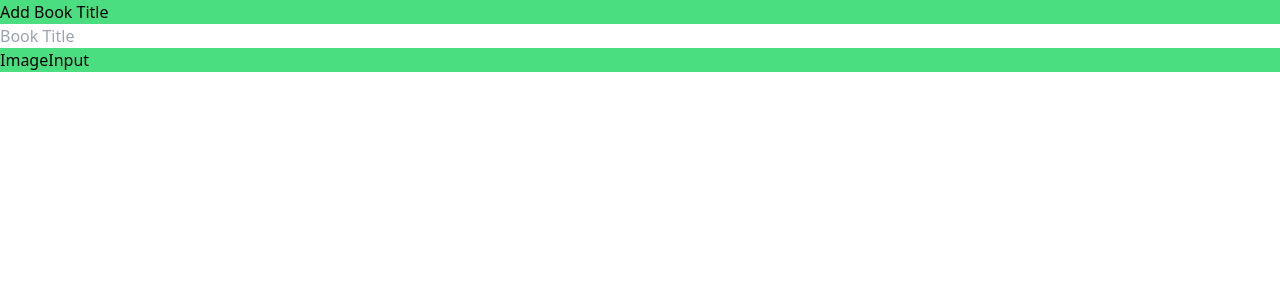
Repository: Marhamat92/booksappwithcontext
Page: /
The author's editor kept a copy of each file at every save. The page is drawn from the files as they stood at one save, then again after the next save.
The browser window is 1280 px wide. The pictures show the whole page.
The project was rebuilt for these pictures with package versions that can differ from the ones it lists, and the page was loaded fresh each time. Also part of the build but not shown: src/App.css.

Above is the page before, as saved 2022-12-07 13:57:46.

### src/App.tsx
import "./App.css";
import ImageInput from "./components/Inputs/ImageInput";
import TextInput from "./components/Inputs/TextInput";

function App() {
  return (
    <div>
      <div className='bg-green-400'>
        <TextInput label='Add Book Title' placeholder='Book Title' />
        <ImageInput />
      </div>
    </div>
  );
}

export default App;

### src/components/Inputs/ImageInput.tsx
import React from "react";

type Props = {};

function ImageInput({}: Props) {
  return <div>ImageInput</div>;
}

export default ImageInput;

### src/components/Inputs/TextInput.tsx
import React from "react";

type Props = {
  label: string;
  placeholder: string;
};

function TextInput({ label, placeholder }: Props) {
  return (
    <div className='flex flex-col'>
      <label htmlFor='text'>{label}</label>
      <input type='text' placeholder={placeholder} />
    </div>
  );
}

export default TextInput;

Loaded but not shown: public/index.html (common file); src/index.tsx (common file); src/index.css (common file); tailwind.config.js (common file)

After the next save:
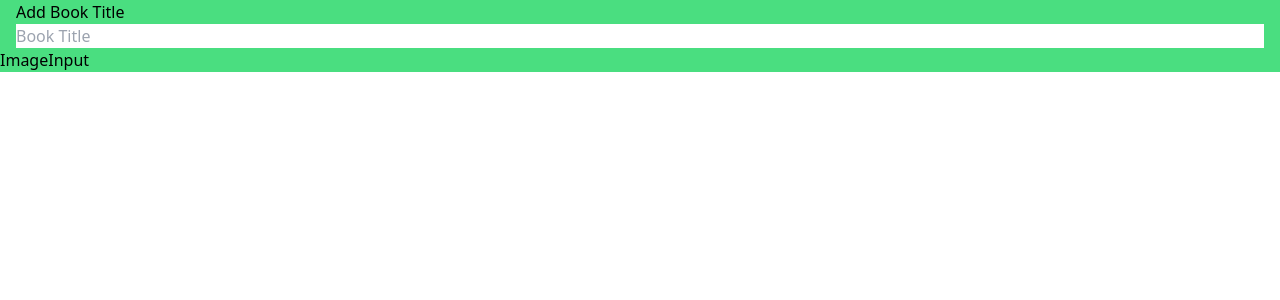
Saved 17 s later.
--- a/src/components/Inputs/TextInput.tsx
+++ b/src/components/Inputs/TextInput.tsx
@@ -7,7 +7,7 @@ type Props = {
 
 function TextInput({ label, placeholder }: Props) {
   return (
-    <div className='flex flex-col'>
+    <div className='flex flex-col px-4'>
       <label htmlFor='text'>{label}</label>
       <input type='text' placeholder={placeholder} />
     </div>
